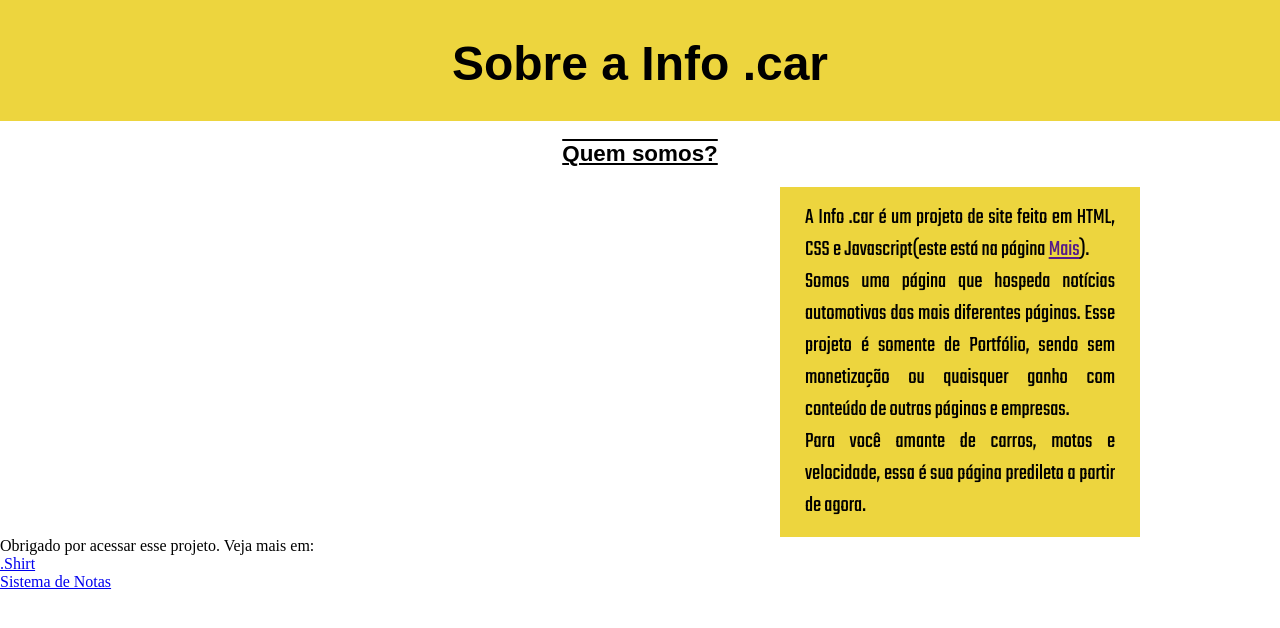
Repository: Leonngc/projeto-info.car
Page: sobre.html
The author's editor kept a copy of each file at every save. The page is drawn from the files as they stood at one save, then again after a run of saves.
The browser window is 1280 px wide. The pictures show the whole page.
Some web fonts or font styles are not loaded; a fallback is used.

Above is the page before, as saved 2022-11-05 15:37:50.

After the next 3 saves:
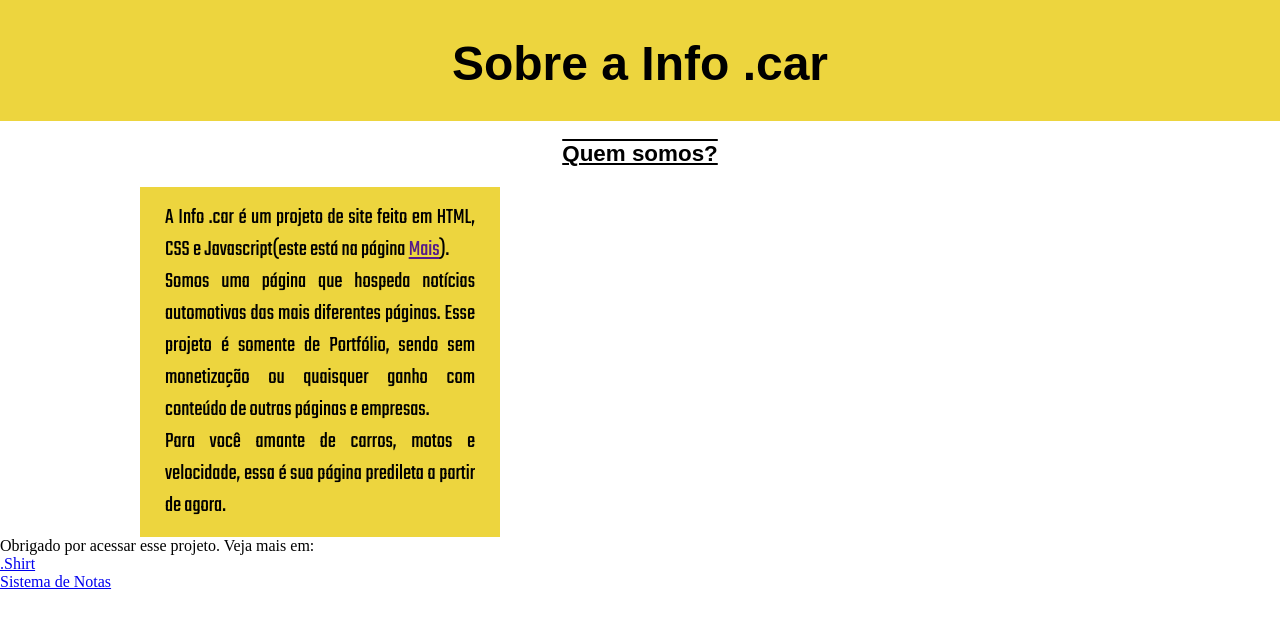
The 3 saves are shown as one change because they came seconds apart.
The last was saved 14 s later.
--- a/sobre.css
+++ b/sobre.css
@@ -44,8 +44,8 @@ article > p{
    font-size: 1.4em;
    text-align: justify;
    margin: auto;
-   margin-right: 0;
-   margin-left: 50vw;
+   margin-right: 50vw;
+   margin-left: 0;
    min-width: 300px;
    min-height: 300px;
    padding: 15px 25px;
